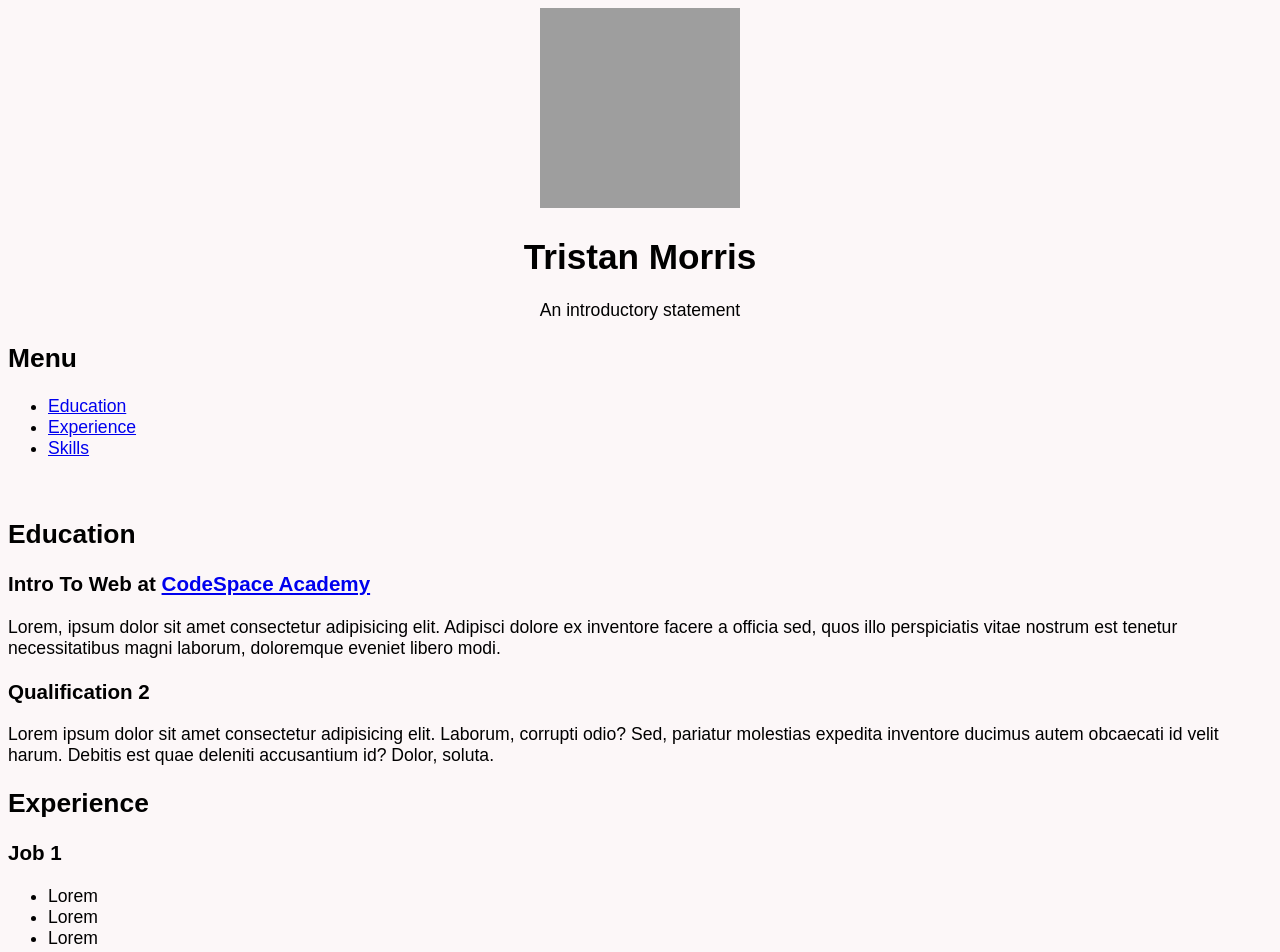
Repository: TristanKMorris/introToWebDesignAssignment
Page: resume1.html
An editor plug-in stored every save of this project. The page is shown before and after the next save, followed by the edit.
The browser window is 1280 px wide. The pictures show the part of the page from y = 0 to 952 px (the page is 1398 px tall).
Pictures or frames that could not be fetched are drawn as grey boxes. A picture or video elsewhere on the page could not be fetched, so the positions and the page height are approximate.

Above is the page before, as saved 2022-05-31 13:51:58.

### resume1.html

<!DOCTYPE html>
<html
  <head>
    <title>My first web page</title>

    <link rel="stylesheet" type="text/css" href="css/stylesheet.css">
  </head>

  <body>

  <header>
        <img src="images/Tristan Portrait.png" alt="Tristan Morris Portrait" width="200" height="200"/>
        <h1>Tristan Morris</h1>
        <p>An introductory statement</p>

  </header>

<main>

<div>
  <nav>

    <h2>Menu</h2>

    <ul>
      <li><a href="#education">Education</a></li>
      <li><a href="#experience">Experience</a></li>
      <li><a href="#skills">Skills</a></li>
    </ul>
  </nav>

</div>


    <br/>

    <h2 id="education">Education</h2>
    <h3>
      Intro To Web at <a href="http://codespace.co.za/">CodeSpace Academy</a>
    </h3>
    <p>
      Lorem, ipsum dolor sit amet consectetur adipisicing elit. Adipisci dolore
      ex inventore facere a officia sed, quos illo perspiciatis vitae nostrum
      est tenetur necessitatibus magni laborum, doloremque eveniet libero modi.
    </p>
    <h3>Qualification 2</h3>
    <p>
      Lorem ipsum dolor sit amet consectetur adipisicing elit. Laborum, corrupti
      odio? Sed, pariatur molestias expedita inventore ducimus autem obcaecati
      id velit harum. Debitis est quae deleniti accusantium id? Dolor, soluta.
    </p>
  <h2 id="experience">Experience</h2>
    <h3>Job 1</h3>
    <ul>
      <li>Lorem</li>
      <li>Lorem</li>
      <li>Lorem</li>
    </ul>
    <h3>Job 2</h3>
    <ul>
      <li>Lorem</li>
      <li>Lorem</li>
      <li>Lorem</li>
    </ul>
    <h2 id="skills">Skills</h2>
    <ul>
      <li>Skill 1</li>
      <li>Skill 2</li>
      <li>Skill 3</li>
      <li>Skill 4</li>
    </ul>

  </main>

<footer>

      <h3>Contact Details</h3>
      <ul>
         <a href="http://www.instagram.com/tristan_k_morris">
           <img src="images/instagramIcon.png" alt="Tristan Morris Instagram"

           width="100px">

         </a>
      </ul>

    </footer>


  </body>
</html>

### css/stylesheet.css
body{
  font-family: sans-serif;
  font-size:110%;
  background-color: #FCF7F8;
}

header {
  text-align: center;
}

footer {
  background-color: #343330;
  text-align: center;
}

After the next save:
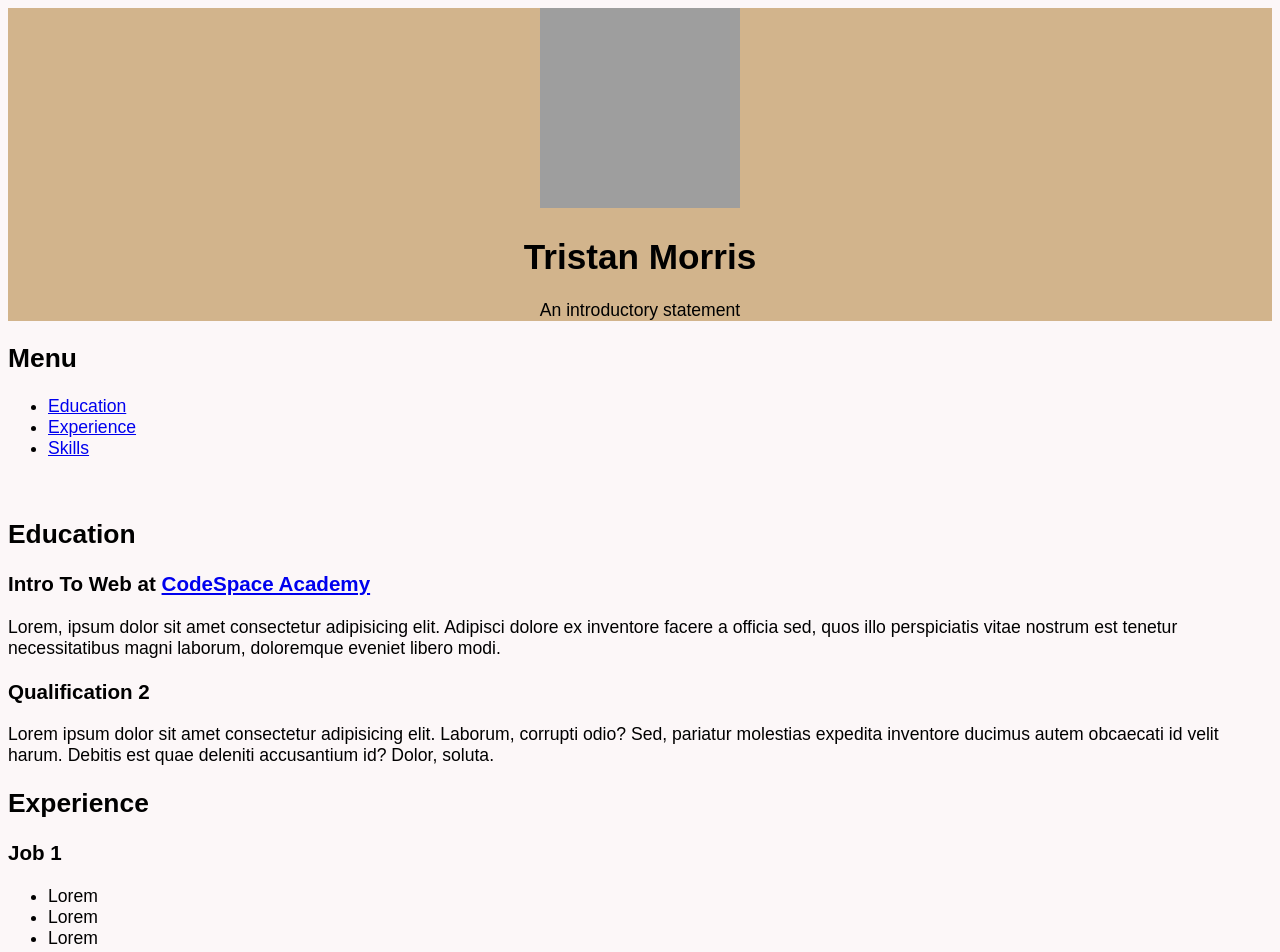
Saved 23 h 20 min later.
--- a/css/stylesheet.css
+++ b/css/stylesheet.css
@@ -6,6 +6,7 @@
 
 header {
   text-align: center;
+  background-color: tan;
 }
 
 footer {

After the save that followed:
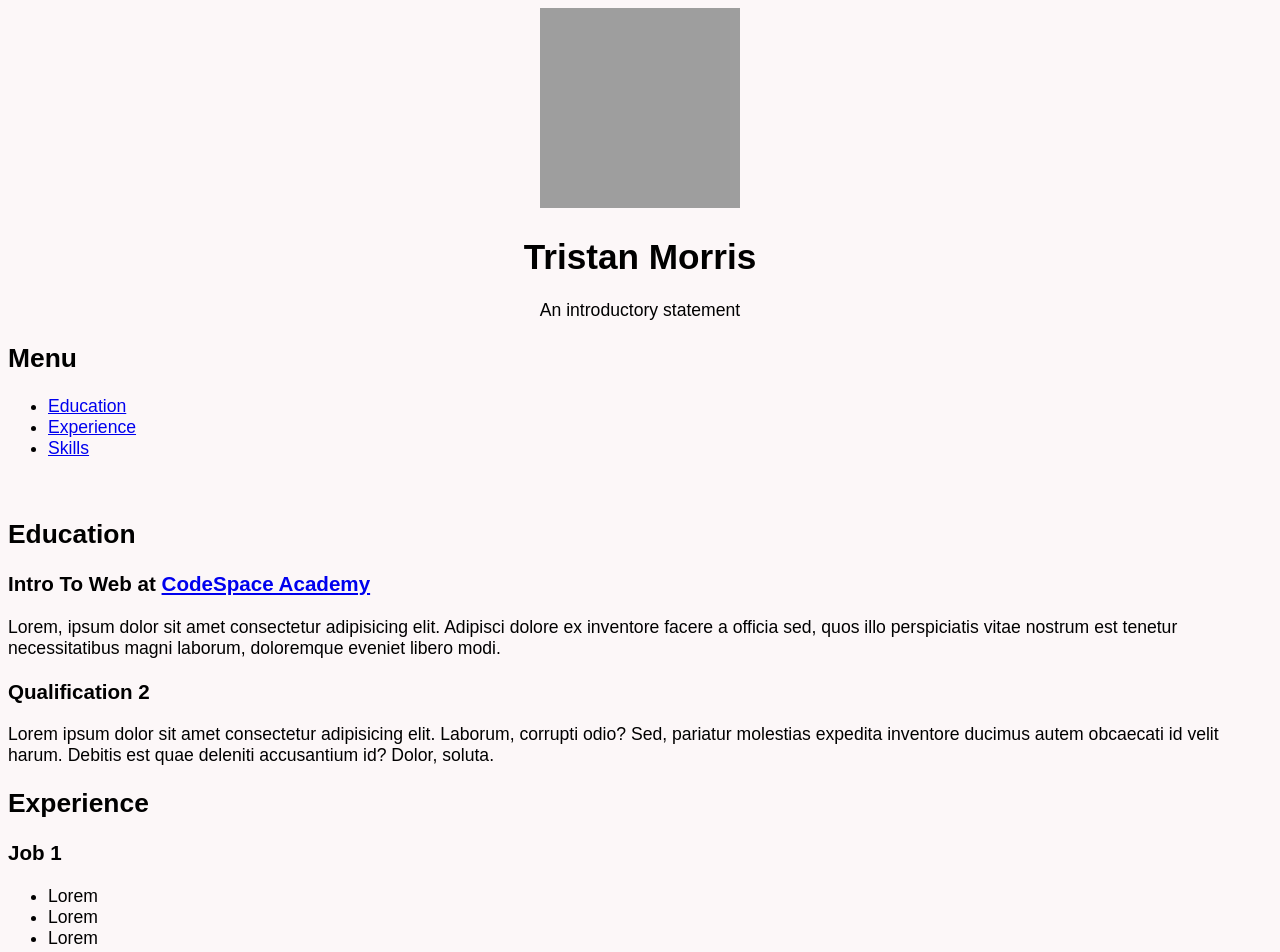
Saved 101 s later.
--- a/css/stylesheet.css
+++ b/css/stylesheet.css
@@ -6,7 +6,6 @@
 
 header {
   text-align: center;
-  background-color: tan;
 }
 
 footer {
